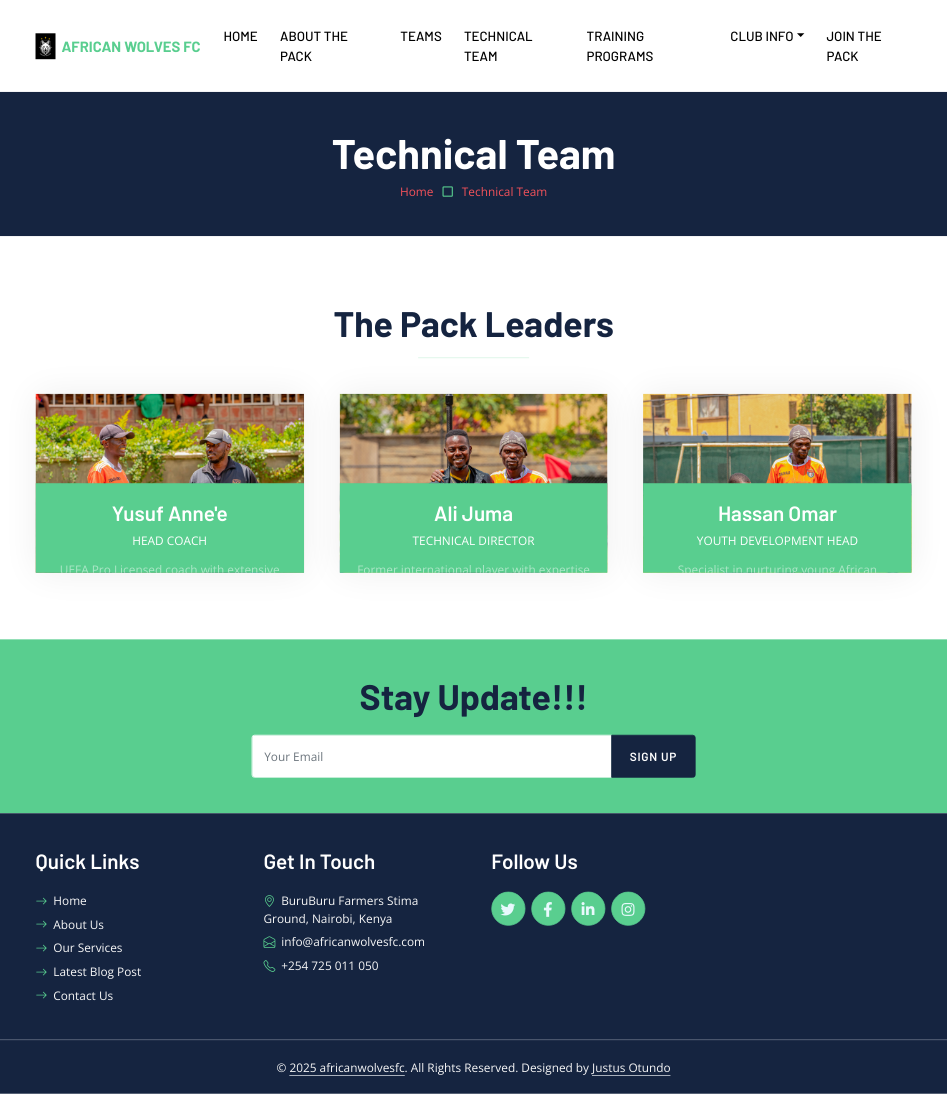
Repository: Justus-Otundo/uleziborafc
Page: coachingstaff.html
These files come from the project's save history. The page is drawn as it stood at one moment and after the next save; the edit follows.
The browser window is 1280 px wide. The pictures show the whole page, at 74% of full size.
Some web libraries are served in a nearby version.

Above is the page before, as saved 2025-06-11 13:53:03.

After the next save:
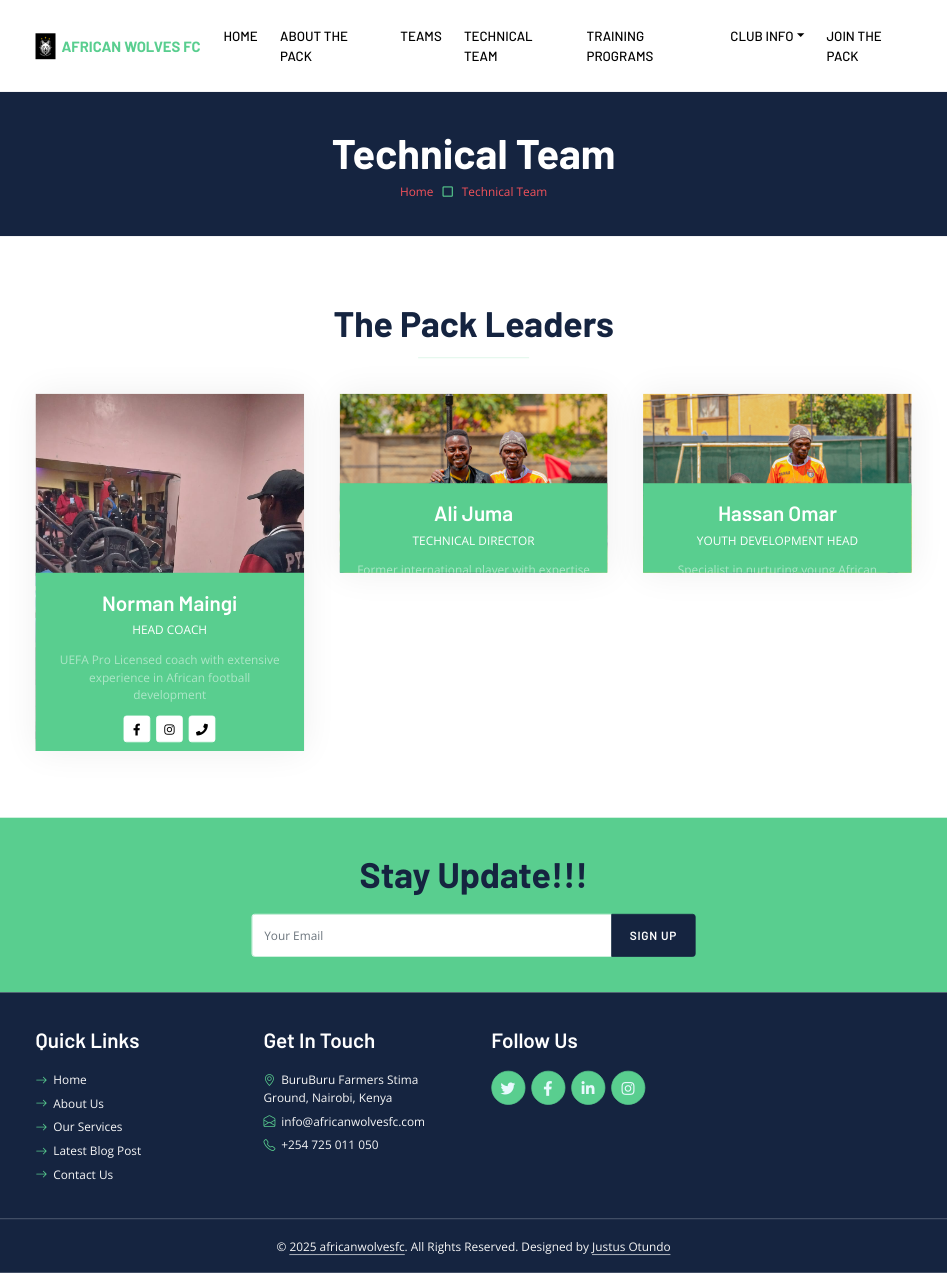
Saved 91 s later.
--- a/coachingstaff.html
+++ b/coachingstaff.html
@@ -55,9 +55,9 @@
         <div class="row g-5">
             <div class="col-lg-4">
                 <div class="team-item position-relative overflow-hidden">
-                    <img class="img-fluid w-100" src="img/coach-1.jpg" alt="Head Coach">
+                    <img class="img-fluid w-100" src="img/coachmaingi.jpeg" alt="Head Coach">
                     <div class="team-text w-100 position-absolute top-50 text-center bg-primary p-4">
-                        <h3 class="text-white">Yusuf Anne'e</h3>
+                        <h3 class="text-white">Norman Maingi</h3>
                         <p class="text-white text-uppercase mb-0">Head Coach</p>
                         <p class="text-white-50 mt-3">UEFA Pro Licensed coach with extensive experience in African football development</p>
                         <div class="d-flex justify-content-center mt-3">
